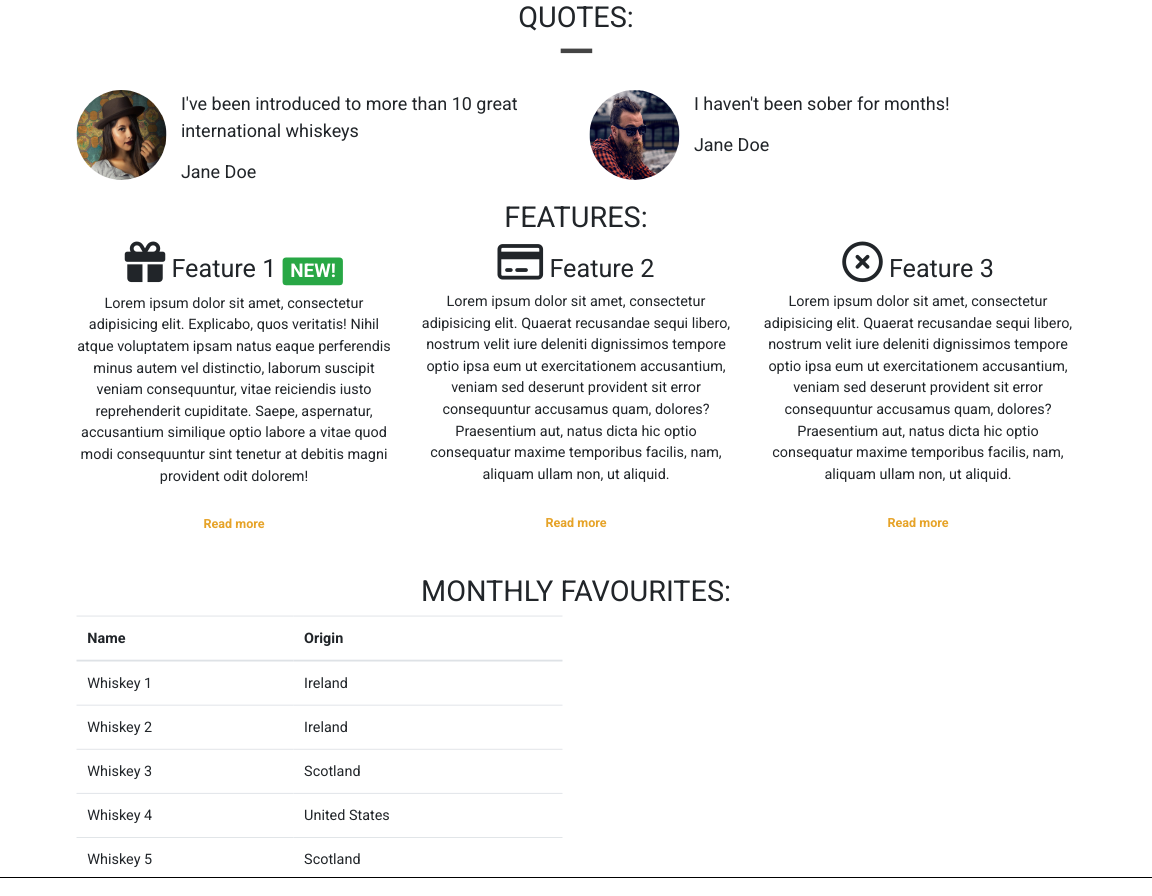
Repository: Sarani1612/whiskey-drop
Page: index.html
The author's editor kept a record of every edit. The page is drawn from the files as they stood at one moment, then again after the next edit.
The browser window is 1280 px wide. The pictures show the part of the page from y = 720 to 1865 px (the page is 1715 px tall before and 1865 px after), at 90% of full size.
Backgrounds fixed to the window are drawn as part of the page. Some web libraries are served in a nearby version.

Above is the page before.
Console error: TypeError: Cannot read properties of undefined (reading 'fn')

After the next edit:
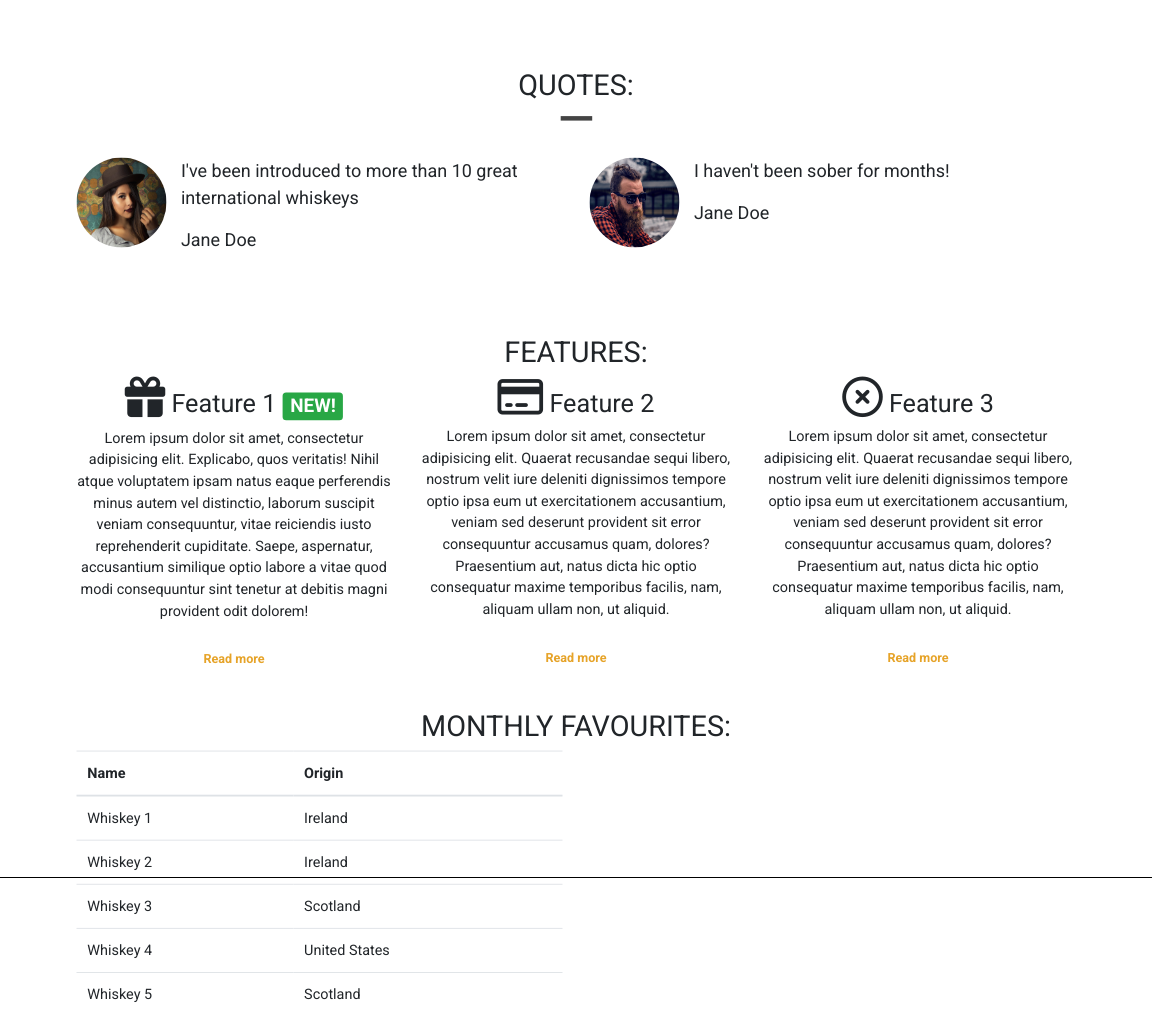
The edit:
--- a/index.html
+++ b/index.html
@@ -79,7 +79,7 @@
     </div>
 
     <!-- Quotes -->
-    <div class="container quotes-container">
+    <div class="container quotes-container content-container">
         <section class="quotes">
             <div class="row">
                 <div class="col-12 page-header">
